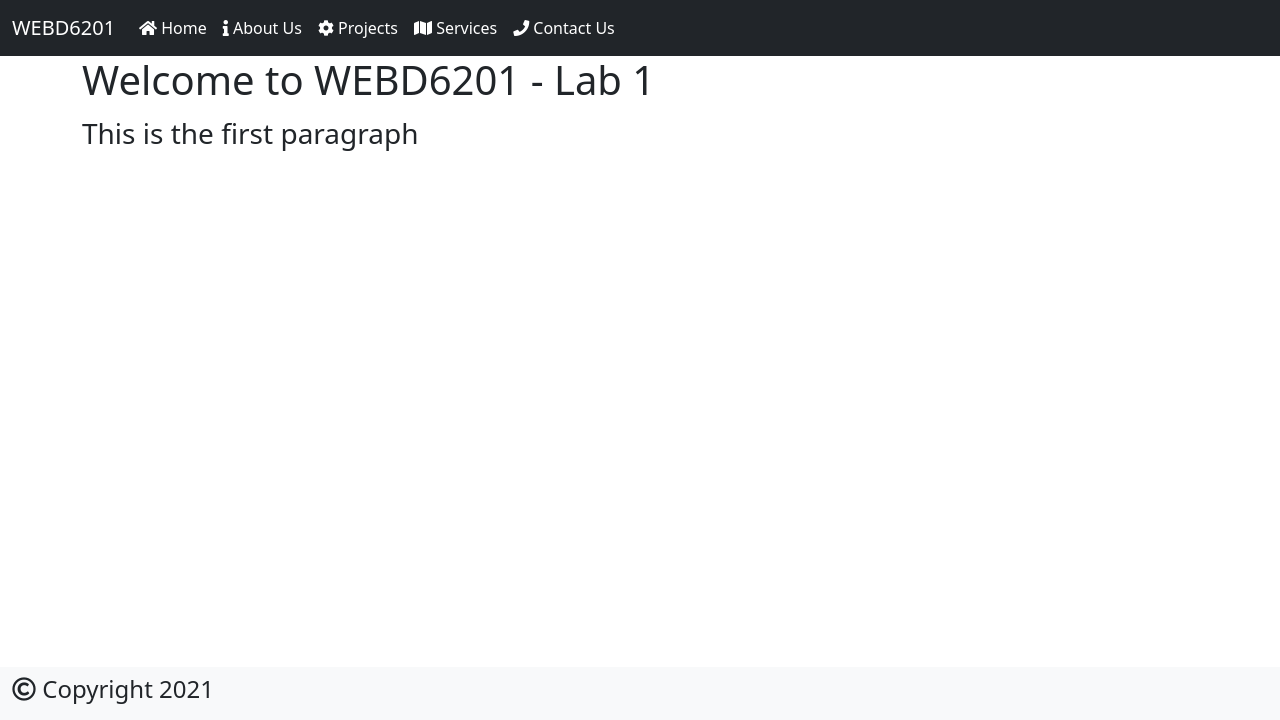
Repository: spencernewellevans/WEBD6201-ICE01
Page: about.html
These files come from the project's save history. The page is drawn as it stood at one moment and after the next save; the edit follows.
The browser window is 1280 px wide. The pictures show the whole page.

Above is the page before, as saved 2021-01-22 19:05:51.

### about.html
<!DOCTYPE html>
<html lang="en">
<head>
    <meta charset="UTF-8">
    <meta name="viewport" content="width=device-width, initial-scale=1.0">
    <title>About</title>
    <!-- CSS Section-->
    <link rel="stylesheet" href="./node_modules/bootstrap/dist/css/bootstrap.min.css">
    <link rel="stylesheet" href="./node_modules/@fortawesome/fontawesome-free/css/all.min.css">
    <link rel="stylesheet" href="./Content/app.css">
</head>
<body>
    <!-- Main Header -->
    <header>
        <!-- Main Navigation -->
        <nav class="navbar navbar-expand-lg navbar-dark bg-dark">
            <div class="container-fluid">
              <a class="navbar-brand" href="#=index.html">WEBD6201</a>
              <button class="navbar-toggler" type="button" data-bs-toggle="collapse" data-bs-target="#navbarSupportedContent" aria-controls="navbarSupportedContent" aria-expanded="false" aria-label="Toggle navigation">
                <span class="navbar-toggler-icon"></span>
              </button>
              <div class="collapse navbar-collapse" id="navbarSupportedContent">
                <ul class="navbar-nav me-auto mb-2 mb-lg-0">
                  <li class="nav-item">
                    <a class="nav-link active" aria-current="page" href="index.html"><i class="fas fa-home fa-large"></i> Home</a>
                  </li>

                  <li class="nav-item">
                    <a class="nav-link active" aria-current="page" href="about.html"><i class="fas fa-info fa-large"></i> About Us</a>
                  </li>

                  <li class="nav-item">
                    <a class="nav-link active" aria-current="page" href="projects.html"><i class="fas fa-cog fa-large"></i> Projects</a>
                  </li>

                  <li class="nav-item">
                    <a class="nav-link active" aria-current="page" href="services.html"><i class="fas fa-map fa-large"></i> Services</a>
                  </li>

                  <li class="nav-item">
                    <a class="nav-link active" aria-current="page" href="contact.html"><i class="fas fa-phone fa-large"></i> Contact Us</a>
                  </li>
                </ul>
              </div>
            </div>
          </nav>
    </header>

    <!-- Main Content -->
    <main class="container">
        <h1>Welcome to WEBD 6201</h1>
        <p id="paragraphOne"></p>
    </main>

    <!-- Main Footer -->
    <footer>
        <nav class="navbar fixed-bottom navbar-light bg-light">
            <div class="container-fluid">
              <h4><i class="far fa-copyright fa-large"></i> Copyright 2021</h4>
            </div>
          </nav>
    </footer>

    <!-- Script Section -->
    <script src="./node_modules/jquery/dist/jquery.min.js"></script>
    <script src="./node_modules/bootstrap/dist/js/bootstrap.bundle.min.js"></script>
    <script src="./Scripts/app.js"></script>
</body>
</html>

### content/app.css
/* Custom CSS goes here */

### scripts/app.js
/* Custom JavaScript goes here */

// IIFE - Immediately Invoked Function Expression
// Anonymous self-executing expression
// limits scope leak

"use strict";

(function()
{

    function Start()
    {
        console.log("App Started...");

        let paragraphOneText = "This is a simple site to demonstrate DOM manipulation for ICE 1";

        let paragraphOneElement = document.getElementById("paragraphOne");

        paragraphOneElement.textContent = paragraphOneText;
        paragraphOneElement.className = "fs-5"

        // CREATION
        // Step 1. create the element
        let newParagraph = document.createElement("p");
        // Step 2. configure the element
        newParagraph.setAttribute("id","paragraphTwo");
        newParagraph.textContent = "...And this is paragraph two"
        // Step 3. select parent element
        let mainContent = document.getElementsByTagName("main")[0];
        // Step 3. insert the element
        mainContent.appendChild(newParagraph);
        newParagraph.className = "fs-6";

        let paragraphDiv = document.createElement("div");
        let paragraphThree =  `<p id="paragraphThree" class="fs-7 fw-bold">And this is the third paragraph</p>`;
        paragraphDiv.innerHTML = paragraphThree;

        // INSERTION
        // insertion before a node example
        //newParagraph.before(paragraphDiv);

        // insertion after a node example
        newParagraph.after(paragraphDiv);

        // DELETION
        // example of removing a single element
        //paragraphOneElement.remove();

        // removeChild example
        mainContent.removeChild(paragraphOneElement);

        // MODIFICATION
        //mainContent.firstElementChild.textContent = "Welcome Home!"
        mainContent.innerHTML =
        `<h1 id="firstHeading">Welcome to WEBD6201 - Lab 1</h1>
        <p id="paragraphOne" class="fs-3">This is the first paragraph</p>
        `;

    }

    window.addEventListener("load", Start);

})();

Loaded but not shown: node_modules/bootstrap/dist/css/bootstrap.min.css (library); node_modules/@fortawesome/fontawesome-free/css/all.min.css (library); node_modules/jquery/dist/jquery.min.js (library); node_modules/bootstrap/dist/js/bootstrap.bundle.min.js (library)

After the next save:
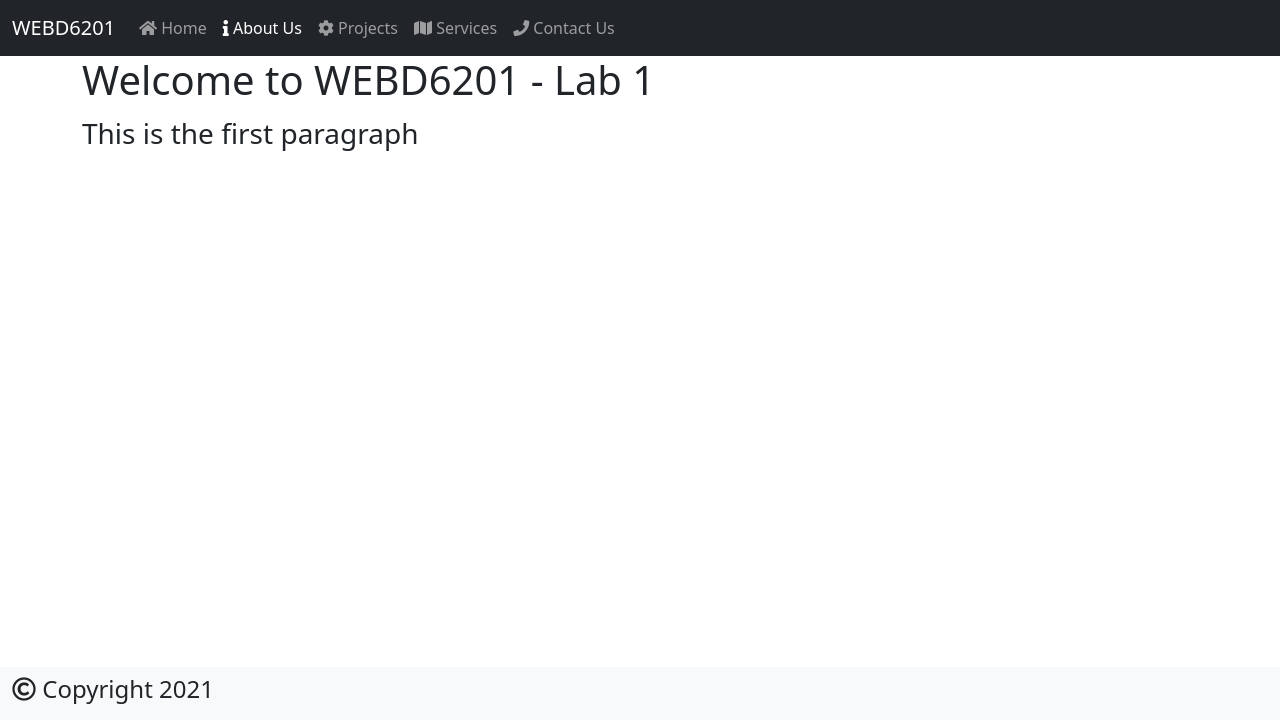
Saved 10 s later.
--- a/about.html
+++ b/about.html
@@ -22,7 +22,7 @@
               <div class="collapse navbar-collapse" id="navbarSupportedContent">
                 <ul class="navbar-nav me-auto mb-2 mb-lg-0">
                   <li class="nav-item">
-                    <a class="nav-link active" aria-current="page" href="index.html"><i class="fas fa-home fa-large"></i> Home</a>
+                    <a class="nav-link" aria-current="page" href="index.html"><i class="fas fa-home fa-large"></i> Home</a>
                   </li>
 
                   <li class="nav-item">
@@ -30,15 +30,15 @@
                   </li>
 
                   <li class="nav-item">
-                    <a class="nav-link active" aria-current="page" href="projects.html"><i class="fas fa-cog fa-large"></i> Projects</a>
+                    <a class="nav-link" aria-current="page" href="projects.html"><i class="fas fa-cog fa-large"></i> Projects</a>
                   </li>
 
                   <li class="nav-item">
-                    <a class="nav-link active" aria-current="page" href="services.html"><i class="fas fa-map fa-large"></i> Services</a>
+                    <a class="nav-link" aria-current="page" href="services.html"><i class="fas fa-map fa-large"></i> Services</a>
                   </li>
 
                   <li class="nav-item">
-                    <a class="nav-link active" aria-current="page" href="contact.html"><i class="fas fa-phone fa-large"></i> Contact Us</a>
+                    <a class="nav-link" aria-current="page" href="contact.html"><i class="fas fa-phone fa-large"></i> Contact Us</a>
                   </li>
                 </ul>
               </div>
